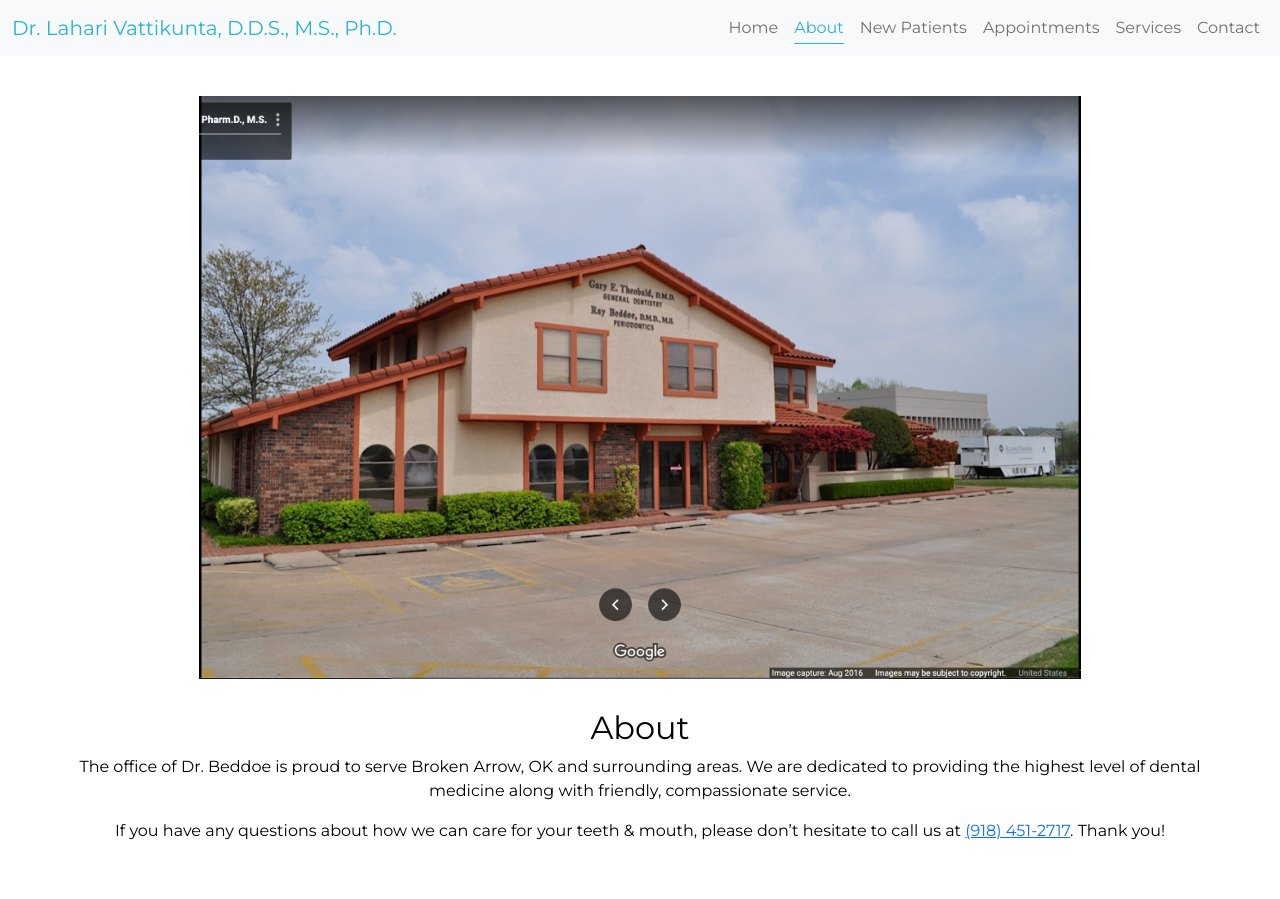
Repository: vineetha2438/baperio
Page: about.html
The author's editor kept a copy of each file at every save. The page is drawn from the files as they stood at one save, then again after the next save.
The browser window is 1280 px wide. The pictures show the whole page.

Above is the page before, as saved 2022-11-14 21:15:12.

### about.html
<!DOCTYPE html>
<html lang="en">

<head>
  <meta charset="utf-8">
  <meta name="viewport" content="width=device-width, initial-scale=1">
  <title>Broken Arrow Periodontics Dental Implants</title>
  <link href="https://cdn.jsdelivr.net/npm/bootstrap@5.2.2/dist/css/bootstrap.min.css" rel="stylesheet" integrity="sha384-Zenh87qX5JnK2Jl0vWa8Ck2rdkQ2Bzep5IDxbcnCeuOxjzrPF/et3URy9Bv1WTRi"
    crossorigin="anonymous">
  <link href='https://fonts.googleapis.com/css?family=Montserrat' rel='stylesheet'>
  <link rel="stylesheet" href="index.css">
  <style>
    body {
      font-family: 'Montserrat' !important
    }
  </style>
</head>

<body>
  <nav class="navbar navbar-expand-lg sticky-top bg-light">
    <div class="container-fluid">
      <!-- <a class="navbar-brand" href="#">Navbar</a> -->
      <span class="navbar-brand mb-0 h1 theme-blue doctor-name">Dr. Lahari Vattikunta, D.D.S., M.S., Ph.D. </span>
      <button class="navbar-toggler" type="button" data-bs-toggle="collapse" data-bs-target="#navbarSupportedContent" aria-controls="navbarSupportedContent"
        aria-expanded="false" aria-label="Toggle navigation">
        <span class="navbar-toggler-icon"></span>
      </button>
      <div class="collapse navbar-collapse" id="navbarSupportedContent">
        <ul class="navbar-nav me-auto mb-2 mb-lg-0 auto-ml-0-mr">
          <li class="nav-item">
            <a class="nav-link" href="index.html">Home</a>
          </li>
          <li class="nav-item">
            <a class="nav-link active theme-blue" aria-current="page" href="about.html">About</a>
          </li>
          <li class="nav-item">
            <a class="nav-link" href="#">New Patients</a>
          </li>
          <li class="nav-item">
            <a class="nav-link" href="#">Appointments</a>
          </li>
          <li class="nav-item">
            <a class="nav-link" href="#">Services</a>
          </li>
          <li class="nav-item">
            <a class="nav-link" href="#">Contact</a>
          </li>
        </ul>
      </div>
    </div>
  </nav>

  <div class="container-fluid text-center about-page">
    <div class="row section-one">

      <div class="col-12 ">
        <img src="clinic.png" class="img-fluid clinic" />
      </div>
      <div class="col-12 about-desc">
        <h2>About</h2>
        <p>The office of Dr. Beddoe is proud to serve Broken Arrow, OK and surrounding areas. We are dedicated to providing
          the highest level of dental medicine along with friendly, compassionate service.</p>

        <p>If you have any questions about how we can care for your teeth & mouth, please don’t hesitate to call us at
          <a href="tel:">(918) 451-2717</a>. Thank you!</p>
      </div>
    </div>
  </div>
  <script src="https://cdn.jsdelivr.net/npm/bootstrap@5.2.2/dist/js/bootstrap.bundle.min.js" integrity="sha384-OERcA2EqjJCMA+/3y+gxIOqMEjwtxJY7qPCqsdltbNJuaOe923+mo//f6V8Qbsw3"
    crossorigin="anonymous"></script>
</body>

</html>

### index.css
.theme-blue {
  color: rgb(41,180,207) !important;
}

.auto-ml-0-mr {
  margin-left: auto !important;
  margin-right: 0 !important;
}

.nav-link.active {
  text-decoration: underline;
  text-underline-offset: 10px;
}

.clinic-bg {
  opacity: 0.4;
  position: absolute;
  left: 0;
  top: 0;
  width: 100%;
  height: auto;
  background-image: url('./clinic_bg.jpeg');
  right: 0;
  bottom: 0;
  background-repeat: no-repeat;
  background-attachment: scroll;
  background-position: center center;
  background-size: cover;
}

.doctor-name {
  overflow: hidden;
  text-overflow: ellipsis;
}

.section-one {
  position: relative;
  padding: 40px;
  color: white;
  align-items: center;
  text-shadow: rgb(0 0 0 / 70%) 0px 1px 3px;
}

.bg-wrap {
  position: absolute;
  top: 0;
  left: 0;
  right: 0;
  z-index: -1;
  bottom: 0;
  overflow: hidden;
  background-color: rgb(80,80,80);
}

.section-one h2{
  font-weight: 400;
}

.section-two {
  padding: 20px 5px;
  text-align: left;
}

.section-two .address-card {
  display: flex;
  justify-content: center;
  flex-direction: column;
  background-color: rgb(41,180,207);
  padding-top: 20px;
  padding-bottom: 20px;
}

.section-two .address-card a {
  color: black;
  margin-bottom: 1rem;
}

.footer {
  background-color: rgb(41,180,207);
  text-align: left;
  padding: 1.5rem 20px;
}

.footer a {
  color: black;
  margin-bottom: 1rem;
  margin-right: 20px
}

.about-desc {
  color: black;
  text-shadow: none;
  margin-top: 30px;
}

.clinic {
  max-width: 75% !important;
}

After the next save:
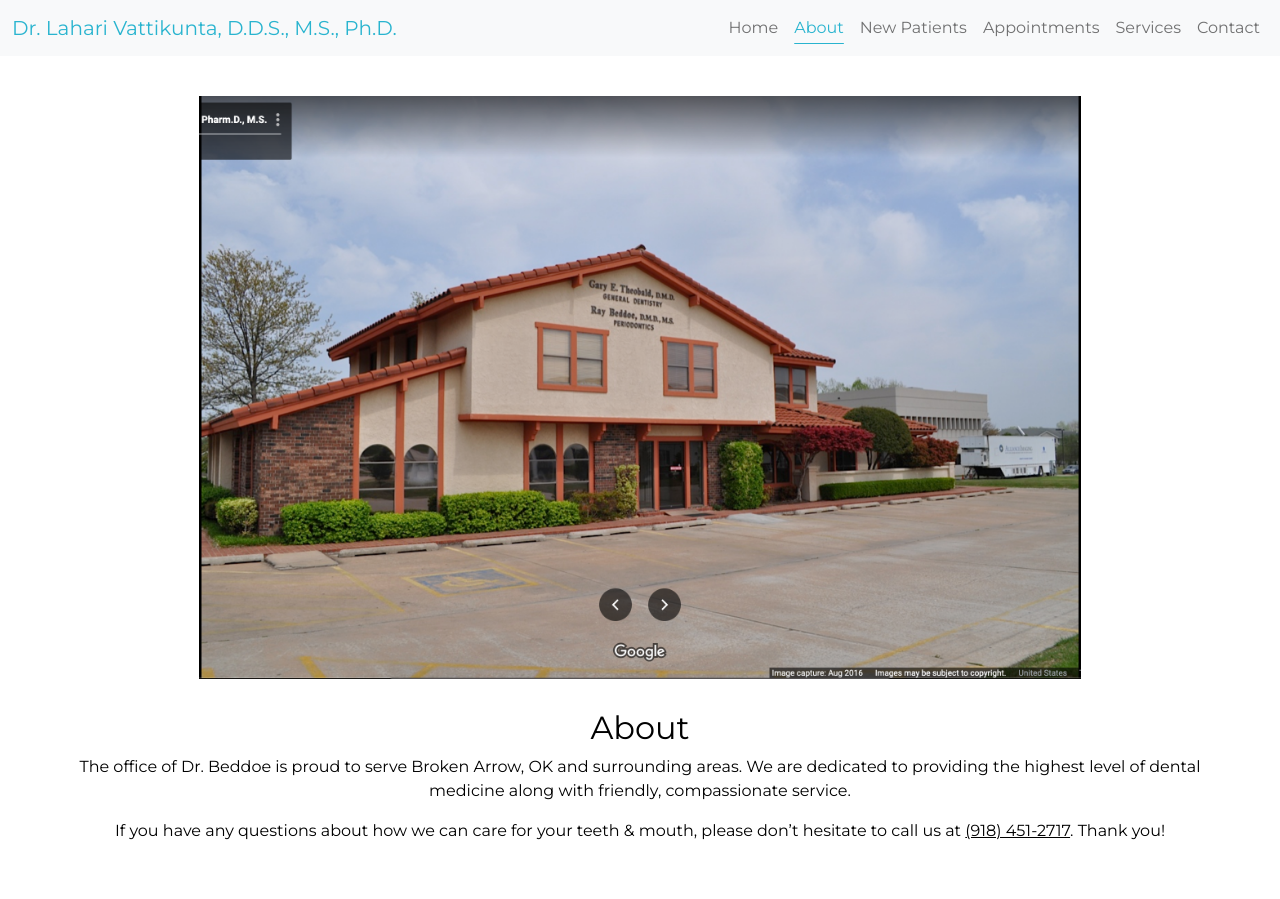
Saved 42 s later.
--- a/about.html
+++ b/about.html
@@ -62,7 +62,7 @@
           the highest level of dental medicine along with friendly, compassionate service.</p>
 
         <p>If you have any questions about how we can care for your teeth & mouth, please don’t hesitate to call us at
-          <a href="tel:">(918) 451-2717</a>. Thank you!</p>
+          <a href="tel:(918) 451-2717">(918) 451-2717</a>. Thank you!</p>
       </div>
     </div>
   </div>
--- a/index.css
+++ b/index.css
@@ -93,6 +93,10 @@
   margin-top: 30px;
 }
 
+.about-desc a{
+  color: black;
+}
+
 .clinic {
   max-width: 75% !important;
 }
